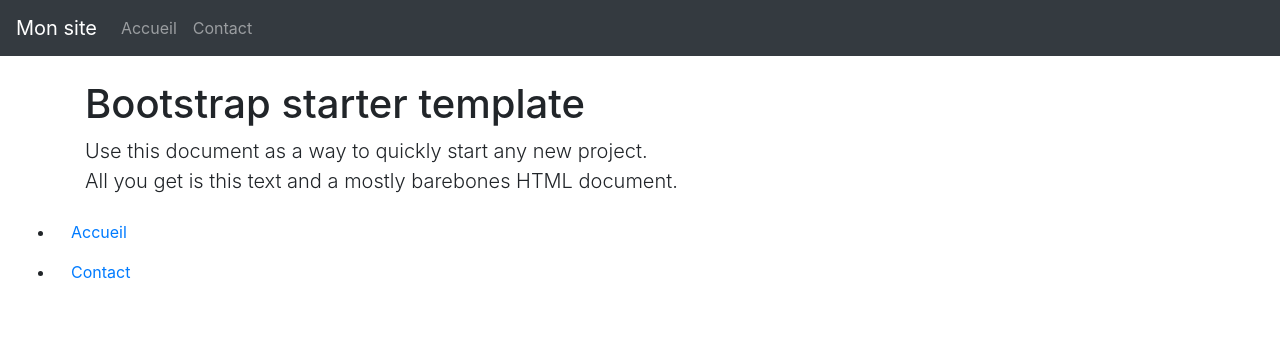
Repository: Alex-Serky/Backend_PHP
Page: http://localhost/
The author's editor kept a copy of each file at every save. The page is drawn from the files as they stood at one save, then again after the next save.
The browser window is 1280 px wide. The pictures show the whole page.
Some web libraries are served in a nearby version. The page is run by PHP 8.4 with error messages shown; the project is at /var/www/html/.

Above is the page before, as saved 2020-07-20 17:32:13.

After the next save:
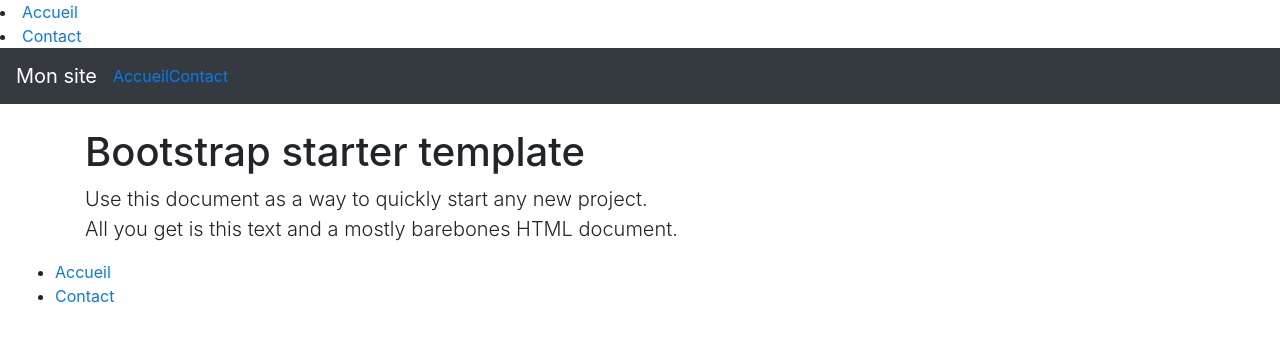
Saved 38 s later.
--- a/header.php
+++ b/header.php
@@ -1,16 +1,6 @@
 <?php
 
-function nav_item(string $lien, string $titre){
-    $classe = 'nav-item';
-    if ($_SERVER['SCRIPT_NAME'] === $lien) {
-        $classe = $classe . ' active';
-    }
-    return <<<HTML
-        <li class="$classe">
-            <a class="nav-link" href="$lien">$titre</a>
-        </li>
-HTML;
-}
+require 'menu.php';
 
 ?>
 
